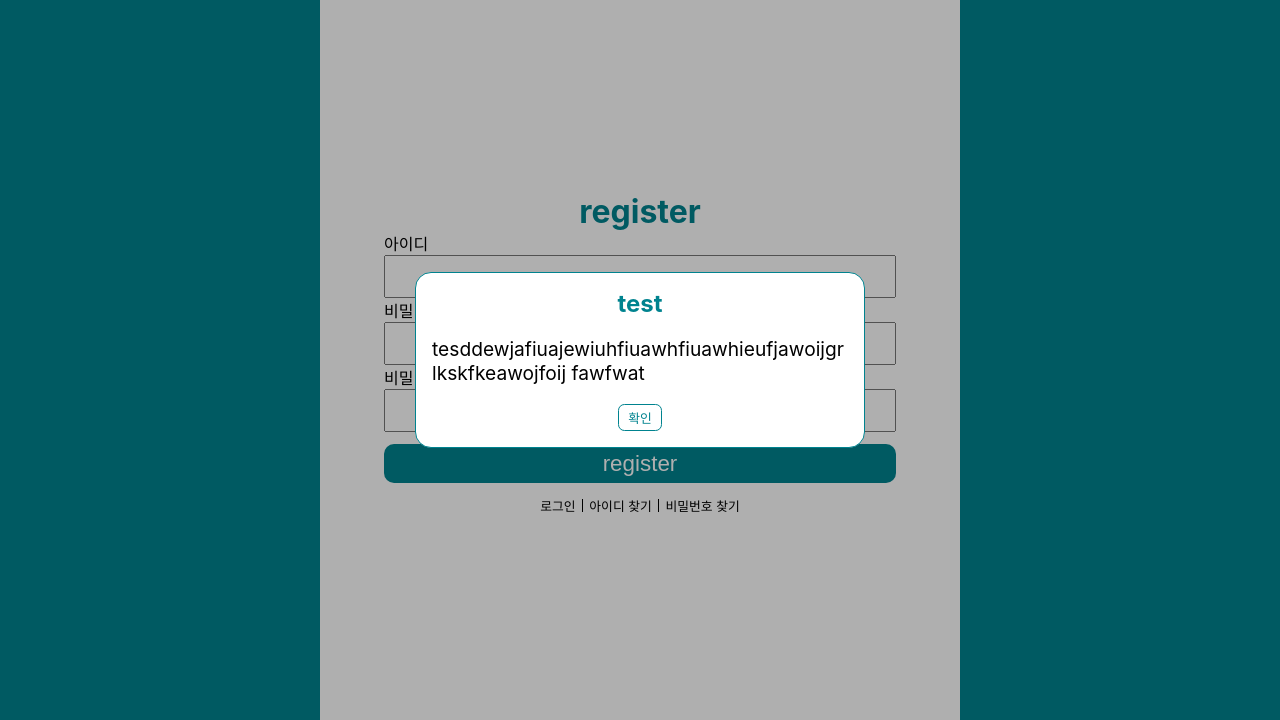
Repository: SeungYn/ticktickup-client
Page: /register
The author's editor kept a copy of each file at every save. The page is drawn from the files as they stood at one save, then again after the next save.
The browser window is 1280 px wide. The pictures show the whole page.
The project was rebuilt for these pictures with package versions that can differ from the ones it lists, and the page was loaded fresh each time. Also part of the build but not shown: src/App.tsx, src/pages/Main.tsx, src/pages/TimeDetail.tsx, src/pages/MyInfo.tsx, src/containers/auth/LoginFormContainer.tsx, src/pages/LoginPage.tsx.

Above is the page before, as saved 2023-01-04 01:00:15.

After the next save:
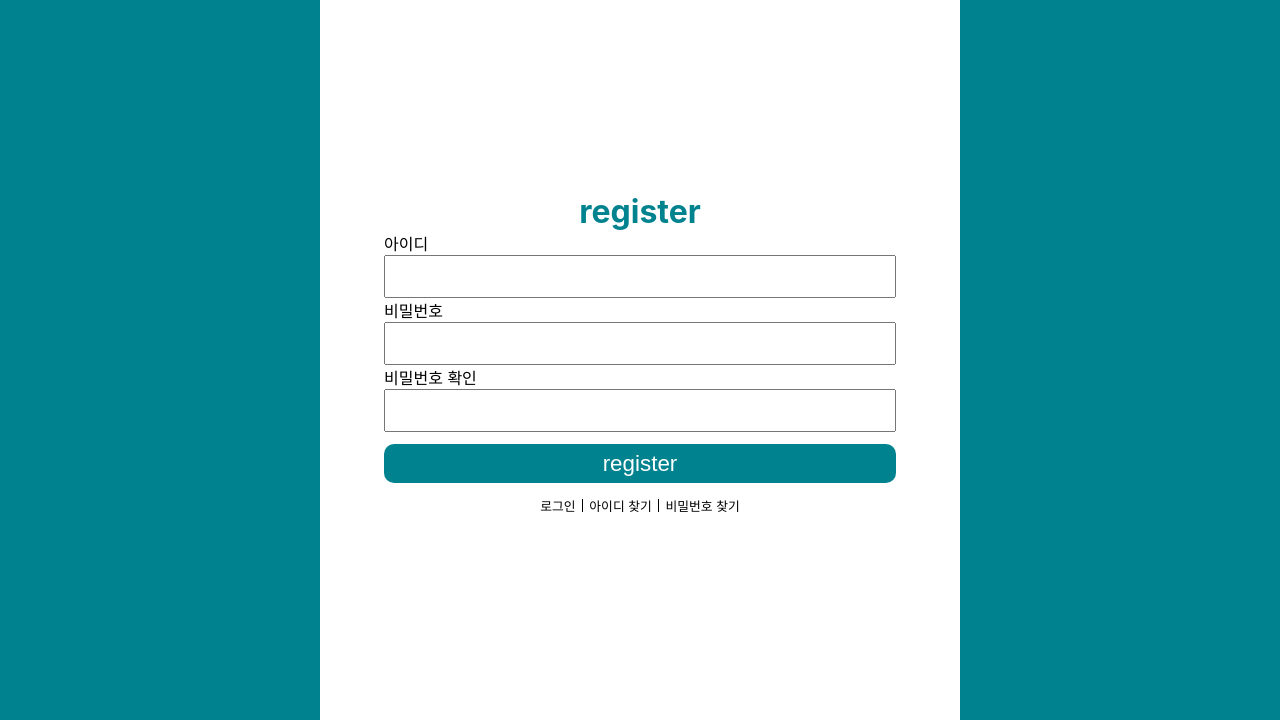
Saved 11 s later.
--- a/src/components/auth/AuthForm.tsx
+++ b/src/components/auth/AuthForm.tsx
@@ -38,7 +38,7 @@ export default function AuthForm({
   console.log(passwordMatch);
   return (
     <>
-      {true && (
+      {modalState && (
         <ConfirmModal
           title='test'
           content='tesddewjafiuajewiuhfiuawhfiuawhieufjawoijgrlkskfkeawojfoij  fawfwat'
